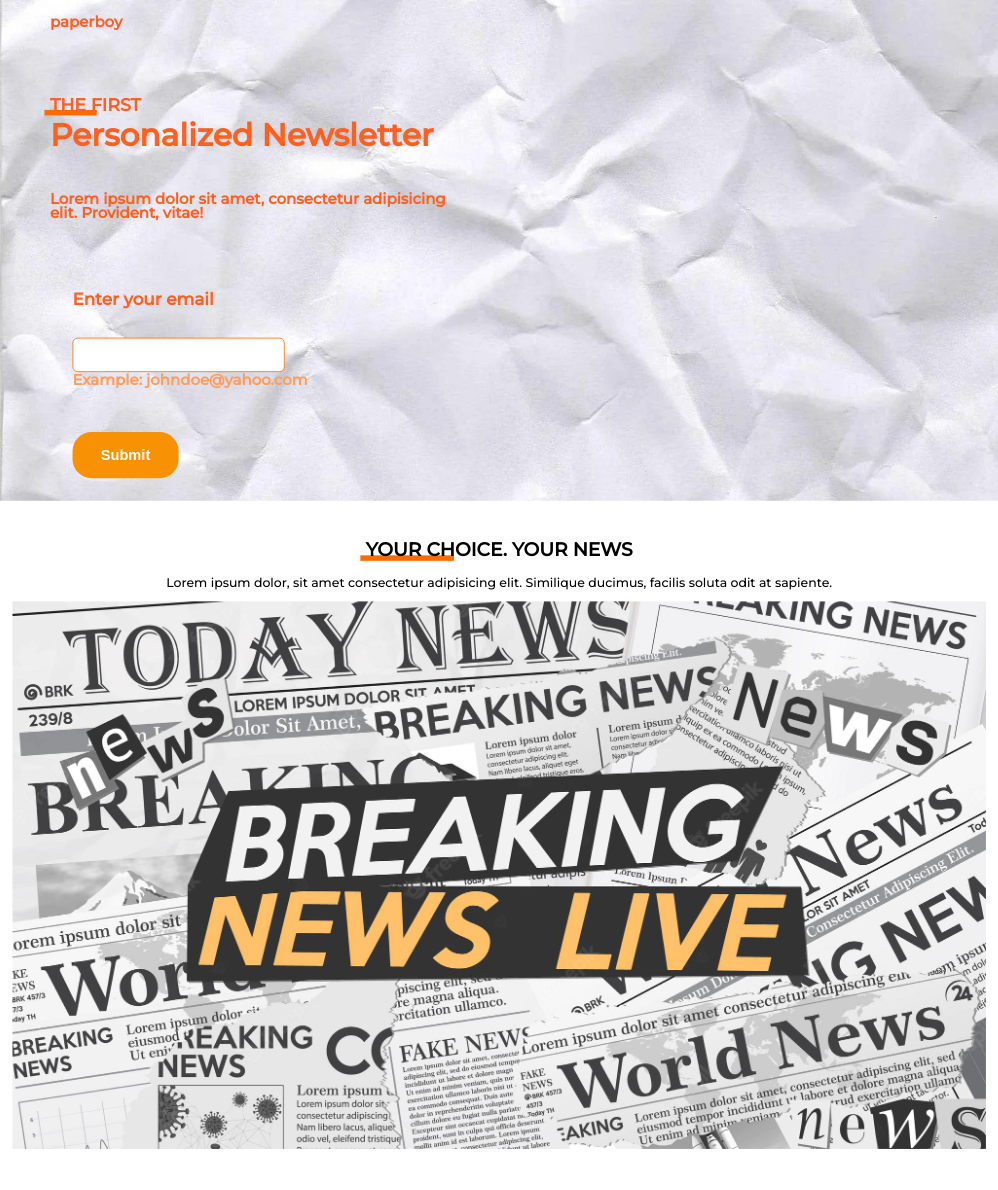
Repository: Gionnn/proiecte
Page: index.html
The author's editor kept a copy of each file at every save. The page is drawn from the files as they stood at one save, then again after the next save.
The browser window is 1280 px wide. The pictures show the whole page, at 78% of full size.

Above is the page before, as saved 2022-11-28 12:32:05.

After the next save:
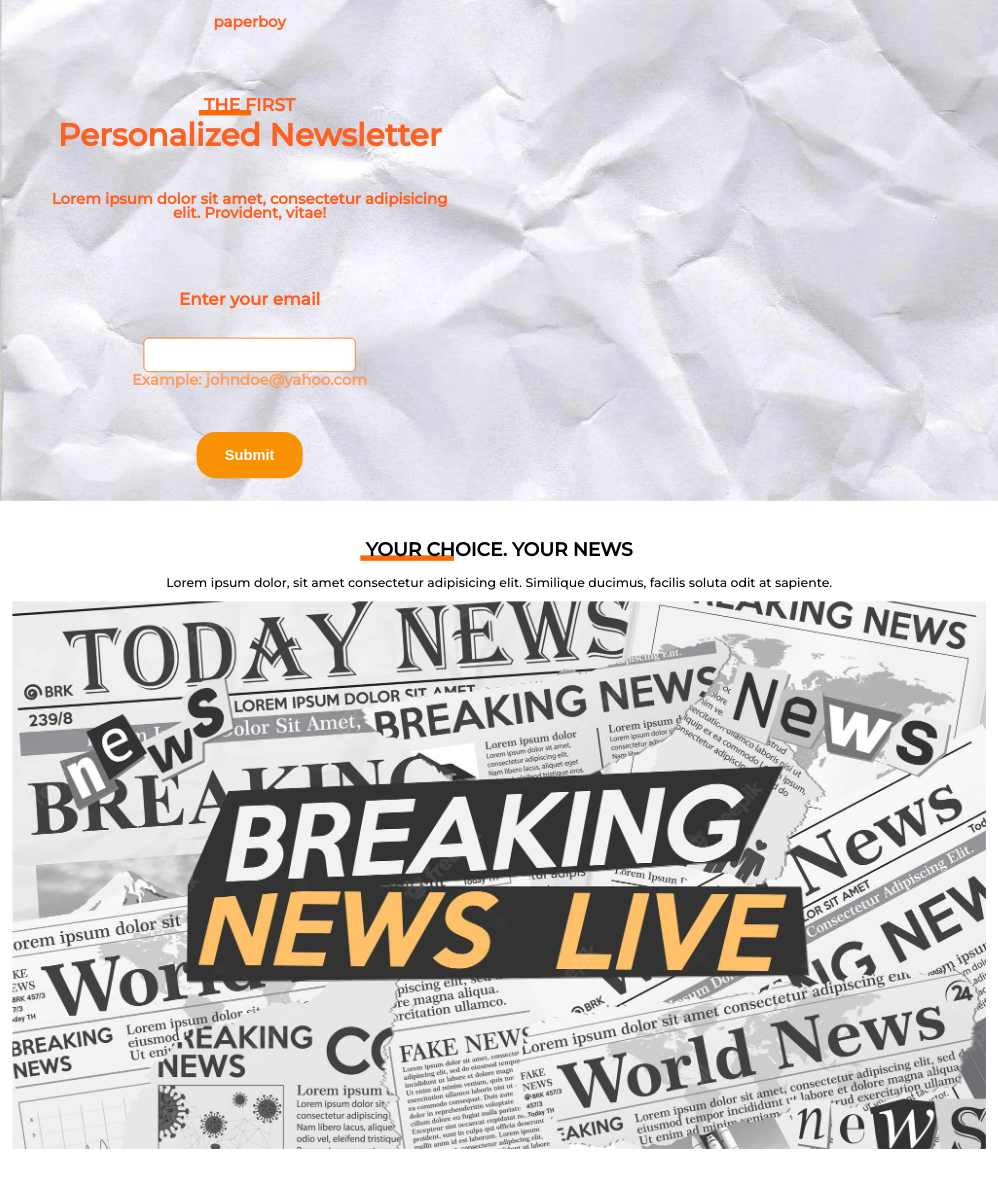
Saved 28 s later.
--- a/css/main.css
+++ b/css/main.css
@@ -137,9 +137,6 @@ p {
 }
 
 @media (min-width: 930px) {
-  .hero-bg {
-    text-align: left;
-  }
   .hero-bg p {
     margin: 0 0 3em;
   }
